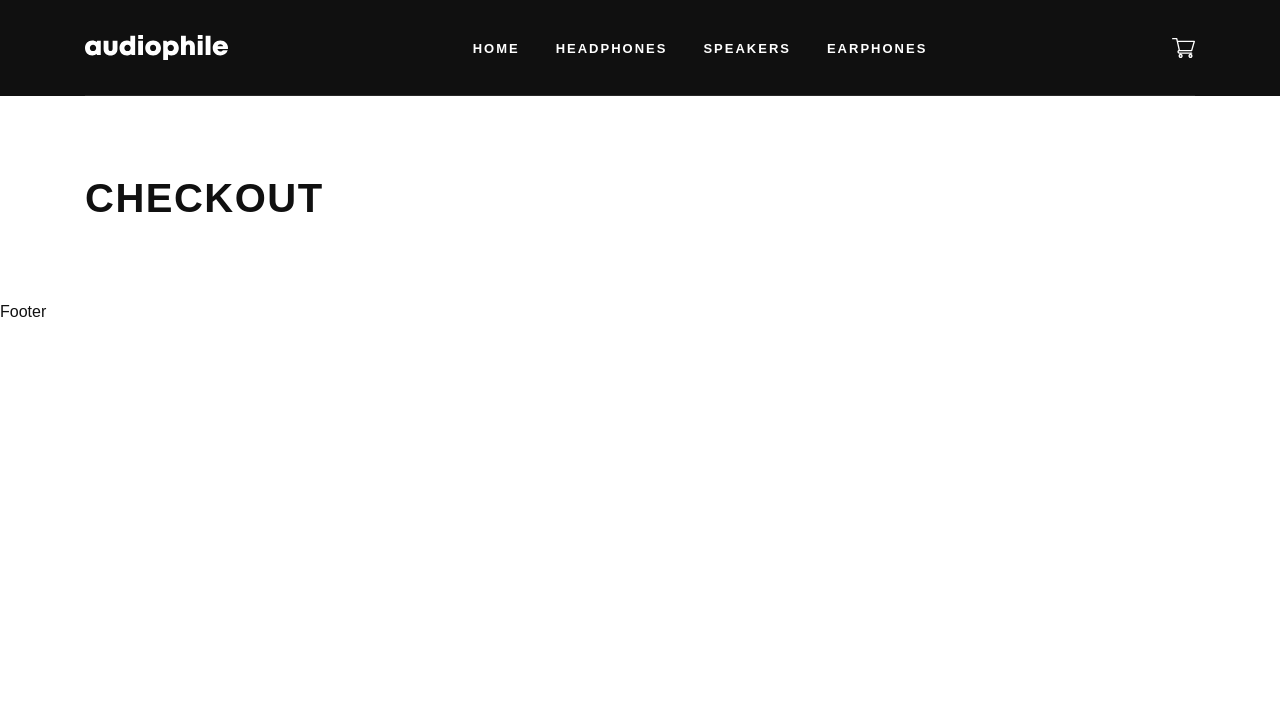
Repository: blordeus/audiophile-ecommerce
Page: /checkout
An editor plug-in stored every save of this project. The page is shown before and after the next save, followed by the edit.
The browser window is 1280 px wide. The pictures show the whole page.
The project was rebuilt for these pictures with package versions that can differ from the ones it lists, and the page was loaded fresh each time. Also part of the build but not shown: vite.config.js, src/pages/HomePage.jsx, src/pages/CategoryPage.jsx, src/pages/ProductPage.jsx, src/pages/NotFoundPage.jsx.

Above is the page before, as saved 2026-03-08 15:55:43.

### index.html
<!doctype html>
<html lang="en">
  <head>
    <meta charset="UTF-8" />
    <link rel="icon" type="image/svg+xml" href="/vite.svg" />
    <meta name="viewport" content="width=device-width, initial-scale=1.0" />
    <title>audiophile-ecommerce</title>
  </head>
  <body>
    <div id="root"></div>
    <script type="module" src="/src/main.jsx"></script>
  </body>
</html>

### src/main.jsx
import React from "react";
import ReactDOM from "react-dom/client";
import { BrowserRouter } from "react-router-dom";
import App from "./App";
import "./index.css";
import "./styles/globals.css";
import "./styles/typography.css";

ReactDOM.createRoot(document.getElementById("root")).render(
  <React.StrictMode>
    <BrowserRouter>
      <App />
    </BrowserRouter>
  </React.StrictMode>
);

### src/App.jsx
import AppRouter from "./routes/AppRouter";
import { CartProvider } from "./context/CartContext";

function App() {
  return (
    <CartProvider>
      <AppRouter />
    </CartProvider>
  );
}

export default App;

### src/styles/globals.css
:root {
  --color-primary: #d87d4a;
  --color-primary-light: #fbaf85;
  --color-black: #101010;
  --color-pure-black: #000000;
  --color-gray: #f1f1f1;
  --color-light-gray: #fafafa;
  --color-white: #ffffff;
  --color-error: #cd2c2c;
}

html {
  scroll-behavior: smooth;
}

body {
  min-width: 320px;
  font-family: "Manrope", sans-serif;
  background: var(--color-white);
  color: var(--color-black);
}

img {
  display: block;
  max-width: 100%;
}

button,
input,
textarea,
select {
  font: inherit;
}

### src/styles/typography.css
@layer components {
  .heading-1 {
    font-size: 3.5rem;
    line-height: 3.625rem;
    font-weight: 700;
    letter-spacing: 0.125rem;
    text-transform: uppercase;
  }

  .heading-2 {
    font-size: 2.5rem;
    line-height: 2.75rem;
    font-weight: 700;
    letter-spacing: 0.09375rem;
    text-transform: uppercase;
  }

  .heading-3 {
    font-size: 2rem;
    line-height: 2.25rem;
    font-weight: 700;
    letter-spacing: 0.07125rem;
    text-transform: uppercase;
  }

  .heading-4 {
    font-size: 1.75rem;
    line-height: 2.375rem;
    font-weight: 700;
    letter-spacing: 0.125rem;
    text-transform: uppercase;
  }

  .heading-5 {
    font-size: 1.5rem;
    line-height: 2.0625rem;
    font-weight: 700;
    letter-spacing: 0.10625rem;
    text-transform: uppercase;
  }

  .heading-6 {
    font-size: 1.125rem;
    line-height: 1.5rem;
    font-weight: 700;
    letter-spacing: 0.080625rem;
    text-transform: uppercase;
  }

  .body-text {
    font-size: 0.9375rem;
    line-height: 1.5625rem;
    font-weight: 500;
  }

  .overline {
    font-size: 0.875rem;
    line-height: 1.1875rem;
    font-weight: 400;
    letter-spacing: 0.625rem;
    text-transform: uppercase;
  }

  .subtitle {
    font-size: 0.8125rem;
    line-height: 1.5625rem;
    font-weight: 700;
    letter-spacing: 0.0625rem;
    text-transform: uppercase;
  }
}

### src/routes/AppRouter.jsx
import { Routes, Route } from "react-router-dom";
import HomePage from "../pages/HomePage";
import CategoryPage from "../pages/CategoryPage";
import ProductPage from "../pages/ProductPage";
import CheckoutPage from "../pages/CheckoutPage";
import NotFoundPage from "../pages/NotFoundPage";

function AppRouter() {
  return (
    <Routes>
      <Route path="/" element={<HomePage />} />
      <Route path="/category/:category" element={<CategoryPage />} />
      <Route path="/product/:slug" element={<ProductPage />} />
      <Route path="/checkout" element={<CheckoutPage />} />
      <Route path="*" element={<NotFoundPage />} />
    </Routes>
  );
}

export default AppRouter;

### src/context/CartContext.jsx
import { createContext, useEffect, useMemo, useState } from "react";

export const CartContext = createContext(null);

const CART_STORAGE_KEY = "audiophile-cart";

export function CartProvider({ children }) {
  const [cartItems, setCartItems] = useState(() => {
    const savedCart = localStorage.getItem(CART_STORAGE_KEY);
    return savedCart ? JSON.parse(savedCart) : [];
  });

  useEffect(() => {
    localStorage.setItem(CART_STORAGE_KEY, JSON.stringify(cartItems));
  }, [cartItems]);

  function addToCart(product, quantity) {
    setCartItems((prevItems) => {
      const existingItem = prevItems.find((item) => item.id === product.id);

      if (existingItem) {
        return prevItems.map((item) =>
          item.id === product.id
            ? { ...item, quantity: item.quantity + quantity }
            : item
        );
      }

      return [
        ...prevItems,
        {
          id: product.id,
          name: product.name,
          slug: product.slug,
          price: product.price,
          image: product.image,
          quantity,
        },
      ];
    });
  }

  function updateQuantity(id, quantity) {
    setCartItems((prevItems) =>
      prevItems
        .map((item) => (item.id === id ? { ...item, quantity } : item))
        .filter((item) => item.quantity > 0)
    );
  }

  function removeFromCart(id) {
    setCartItems((prevItems) => prevItems.filter((item) => item.id !== id));
  }

  function clearCart() {
    setCartItems([]);
  }

  const cartCount = useMemo(
    () => cartItems.reduce((total, item) => total + item.quantity, 0),
    [cartItems]
  );

  const productTotal = useMemo(
    () => cartItems.reduce((total, item) => total + item.price * item.quantity, 0),
    [cartItems]
  );

  const shipping = cartItems.length ? 50 : 0;
  const vat = Math.round(productTotal * 0.2);
  const grandTotal = productTotal + shipping;

  const value = {
    cartItems,
    addToCart,
    updateQuantity,
    removeFromCart,
    clearCart,
    cartCount,
    productTotal,
    shipping,
    vat,
    grandTotal,
  };

  return <CartContext.Provider value={value}>{children}</CartContext.Provider>;
}

### src/pages/CheckoutPage.jsx
import SiteLayout from "../components/layout/SiteLayout";
import PageContainer from "../components/layout/PageContainer";

function CheckoutPage() {
  return (
    <SiteLayout>
      <PageContainer className="py-20">
        <h1 className="heading-2">Checkout</h1>
      </PageContainer>
    </SiteLayout>
  );
}

export default CheckoutPage;

### src/components/layout/SiteLayout.jsx
import Header from "./Header";
import Footer from "./Footer";

function SiteLayout({ children }) {
  return (
    <div className="min-h-screen bg-white text-black">
      <Header />
      <main>{children}</main>
      <Footer />
    </div>
  );
}

export default SiteLayout;

### src/components/layout/PageContainer.jsx
function PageContainer({ children, className = "" }) {
  return (
    <div className={`mx-auto w-full max-w-[1110px] px-6 md:px-10 xl:px-0 ${className}`}>
      {children}
    </div>
  );
}

export default PageContainer;

### src/components/layout/Header.jsx
import { Link, NavLink } from "react-router-dom";
import PageContainer from "./PageContainer";
import { primaryNavLinks } from "../../data/navigation";
import logo from "../../assets/icons/logo.svg";
import iconHamburger from "../../assets/icons/icon-hamburger.svg";
import iconCart from "../../assets/icons/icon-cart.svg";

function Header() {
  return (
    <header className="bg-[#101010] text-white">
      <PageContainer>
        <div className="flex h-24 items-center justify-between border-b border-white/10">
          <div className="flex items-center gap-10">
            <button
              type="button"
              aria-label="Open menu"
              className="flex lg:hidden"
            >
              <img src={iconHamburger} alt="" />
            </button>

            <Link to="/" className="shrink-0">
              <img src={logo} alt="Audiophile" />
            </Link>
          </div>

          <nav className="hidden lg:block" aria-label="Primary navigation">
            <ul className="flex items-center gap-9">
              {primaryNavLinks.map((link) => (
                <li key={link.href}>
                  <NavLink
                    to={link.href}
                    className={({ isActive }) =>
                      `text-[13px] font-bold uppercase tracking-[2px] transition-colors ${
                        isActive ? "text-[#D87D4A]" : "text-white hover:text-[#D87D4A]"
                      }`
                    }
                  >
                    {link.label}
                  </NavLink>
                </li>
              ))}
            </ul>
          </nav>

          <button type="button" aria-label="Open cart" className="shrink-0">
            <img src={iconCart} alt="" />
          </button>
        </div>
      </PageContainer>
    </header>
  );
}

export default Header;

### src/components/layout/Footer.jsx
function Footer() {
  return <footer>Footer</footer>;
}

export default Footer;

### src/data/navigation.js
export const primaryNavLinks = [
  { label: "Home", href: "/" },
  { label: "Headphones", href: "/category/headphones" },
  { label: "Speakers", href: "/category/speakers" },
  { label: "Earphones", href: "/category/earphones" },
];

Loaded but not shown: src/index.css (common file)

After the next save:
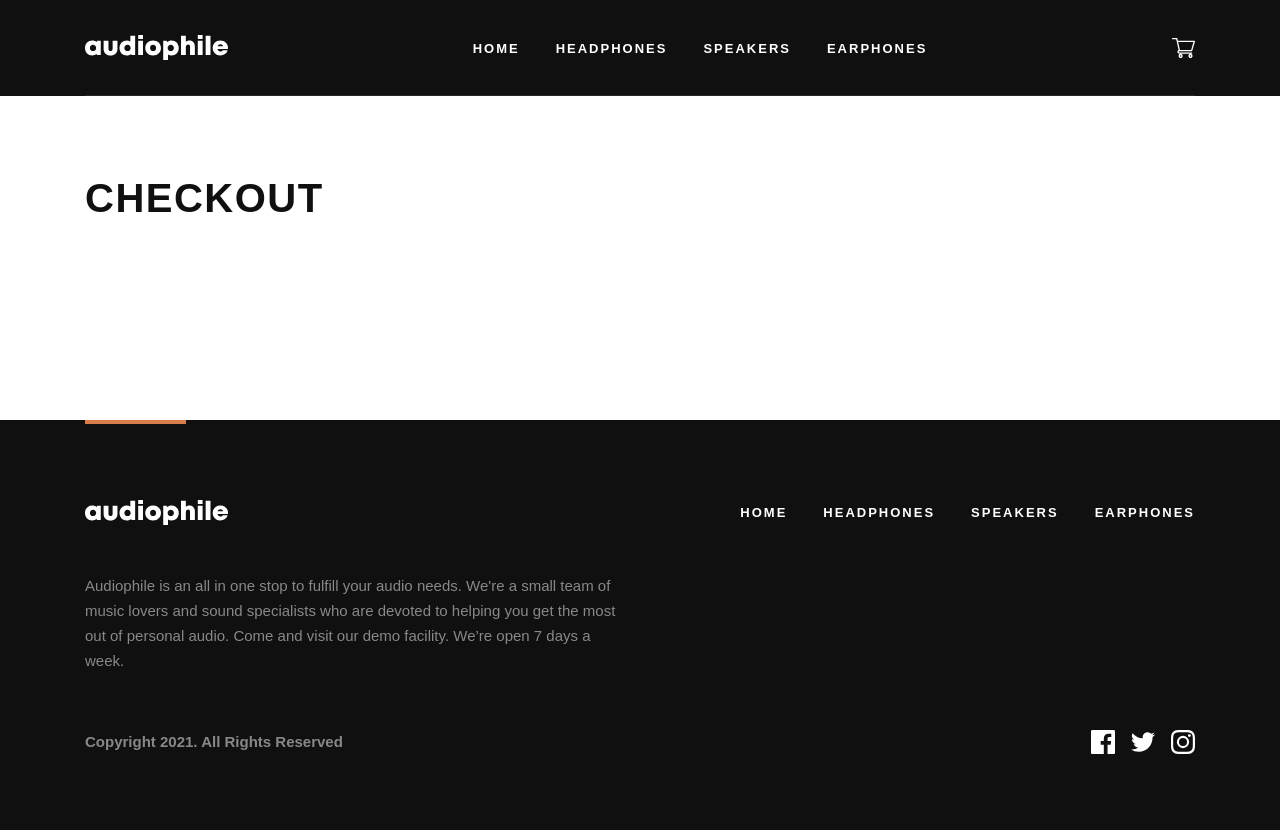
Saved 51 s later.
--- a/src/components/layout/Footer.jsx
+++ b/src/components/layout/Footer.jsx
@@ -1,5 +1,73 @@
+import { Link, NavLink } from "react-router-dom";
+import PageContainer from "./PageContainer";
+import { primaryNavLinks } from "../../data/navigation";
+import logo from "../../assets/icons/logo.svg";
+import iconFacebook from "../../assets/icons/icon-facebook.svg";
+import iconTwitter from "../../assets/icons/icon-twitter.svg";
+import iconInstagram from "../../assets/icons/icon-instagram.svg";
+
 function Footer() {
-  return <footer>Footer</footer>;
+  return (
+    <footer className="mt-30 bg-black text-white">
+      <PageContainer>
+        <div className="w-[101px] border-t-4 border-[#D87D4A]" />
+
+        <div className="flex flex-col gap-12 py-13 md:py-15 lg:py-19">
+          <div className="flex flex-col gap-12 lg:flex-row lg:items-start lg:justify-between">
+            <Link to="/" className="shrink-0">
+              <img src={logo} alt="Audiophile" />
+            </Link>
+
+            <nav aria-label="Footer navigation">
+              <ul className="flex flex-col gap-4 md:flex-row md:gap-9">
+                {primaryNavLinks.map((link) => (
+                  <li key={link.href}>
+                    <NavLink
+                      to={link.href}
+                      className={({ isActive }) =>
+                        `text-[13px] font-bold uppercase tracking-[2px] transition-colors ${
+                          isActive ? "text-[#D87D4A]" : "text-white hover:text-[#D87D4A]"
+                        }`
+                      }
+                    >
+                      {link.label}
+                    </NavLink>
+                  </li>
+                ))}
+              </ul>
+            </nav>
+          </div>
+
+          <div className="grid gap-12 lg:grid-cols-[1fr_auto] lg:items-end">
+            <div className="max-w-[540px] space-y-14">
+              <p className="body-text text-white/50">
+                Audiophile is an all in one stop to fulfill your audio needs.
+                We're a small team of music lovers and sound specialists who are
+                devoted to helping you get the most out of personal audio. Come
+                and visit our demo facility. We’re open 7 days a week.
+              </p>
+
+              <p className="body-text font-bold text-white/50">
+                Copyright 2021. All Rights Reserved
+              </p>
+            </div>
+
+            <div className="flex items-center gap-4">
+              <a href="#" aria-label="Facebook" className="transition-opacity hover:opacity-70">
+                <img src={iconFacebook} alt="" />
+              </a>
+              <a href="#" aria-label="Twitter" className="transition-opacity hover:opacity-70">
+                <img src={iconTwitter} alt="" />
+              </a>
+              <a href="#" aria-label="Instagram" className="transition-opacity hover:opacity-70">
+                <img src={iconInstagram} alt="" />
+              </a>
+            </div>
+          </div>
+        </div>
+      </PageContainer>
+    </footer>
+  );
 }
 
 export default Footer;
